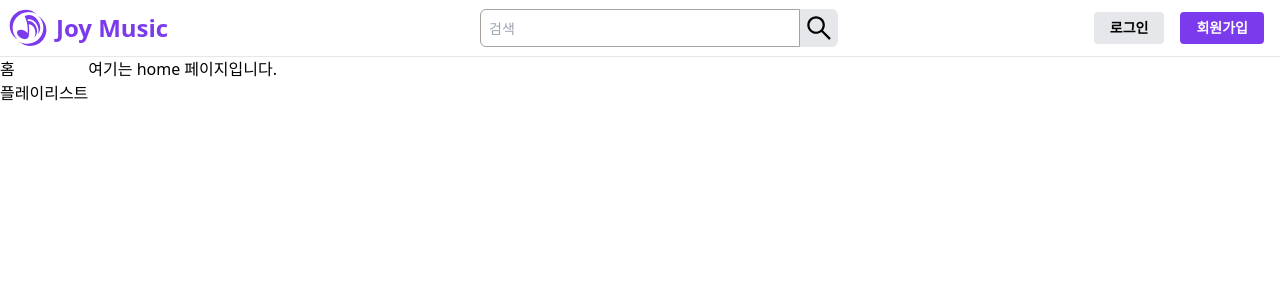
Repository: momo0170/streaming
Page: /
These files come from the project's save history. The page is drawn as it stood at one moment and after the next save; the edit follows.
The browser window is 1280 px wide. The pictures show the whole page.
The project was rebuilt for these pictures with package versions that can differ from the ones it lists, and the page was loaded fresh each time. Also part of the build but not shown: src/App.css, src/router/Playlist.jsx.

Above is the page before, as saved 2023-09-23 10:55:11.

After the next save:
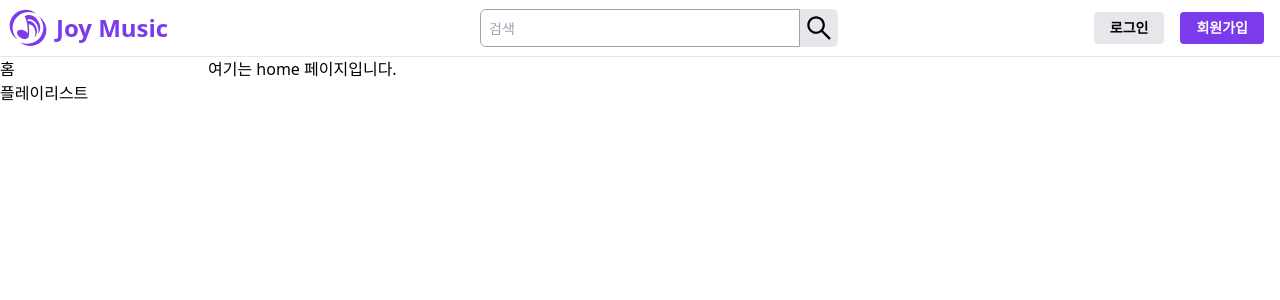
Saved 10 min 11 s later.
--- a/src/components/MenuBar.jsx
+++ b/src/components/MenuBar.jsx
@@ -9,7 +9,7 @@ export default function MenuBar() {
   ];
 
   return (
-    <aside className="flex flex-col ">
+    <aside className="flex flex-col w-52">
       {list.map((item, idx) => (
         <MenuButton key={idx} text={item[1]} path={item[0]} />
       ))}
